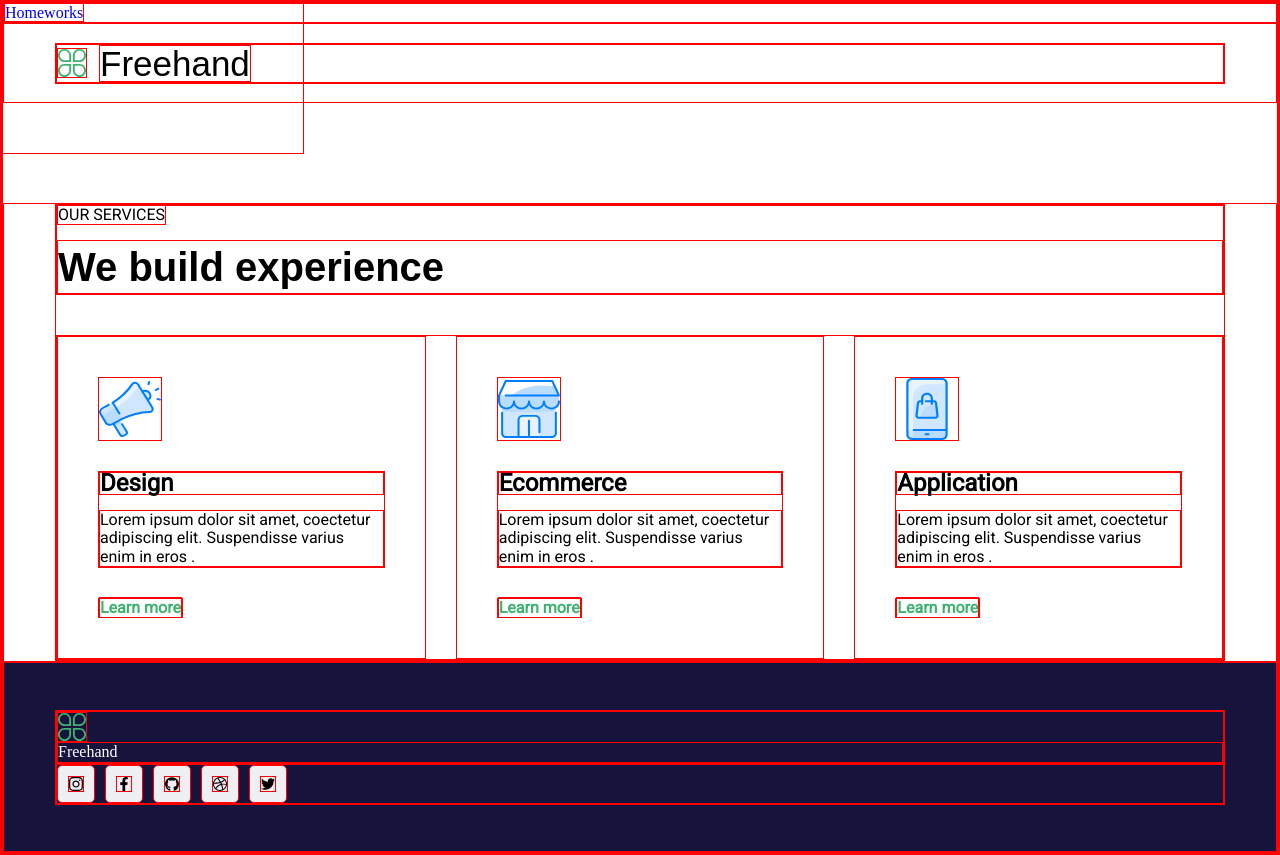
Repository: Tsiniavska/beetroot-test-project
Page: Homeworks/svg/index.html
The author's editor kept a copy of each file at every save. The page is drawn from the files as they stood at one save, then again after the next save.
The browser window is 1280 px wide. The pictures show the whole page.
Some web fonts or font styles are not loaded; a fallback is used.

Above is the page before, as saved 2024-02-28 22:51:02.

After the next save:
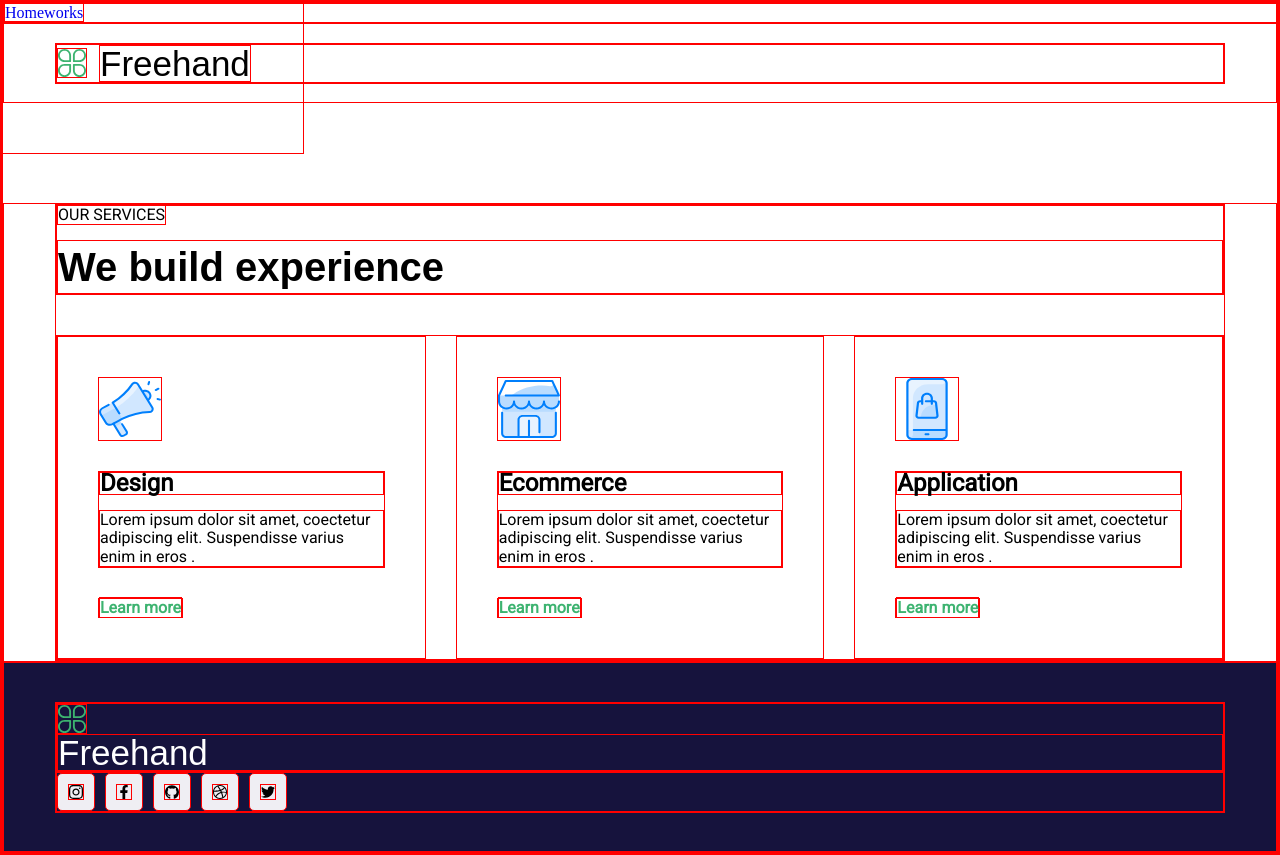
Saved 44 s later.
--- a/Homeworks/svg/index.css
+++ b/Homeworks/svg/index.css
@@ -91,7 +91,9 @@
 
 .footer-title {
   color: var(--c-white);
-  font-size: var();
+  font-family: var(--f-logo);
+  font-size: 2.188em;
+  line-height: 35px;
 }
 
 .footer-icon-block {
